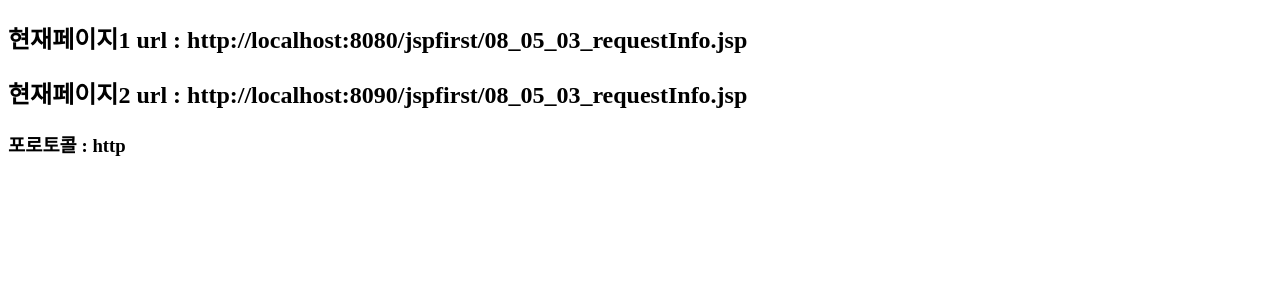
Repository: zhyuk/FullStackStudy
Page: http://localhost/jspfirst/08_05_03_requestInfo.jsp
These files come from the project's save history. The page is drawn as it stood at one moment and after the next save; the edit follows.
The browser window is 1280 px wide. The pictures show the whole page.
The page is served by Tomcat 9. Other server files are loaded and not shown.

Above is the page before, as saved 2024-08-28 01:11:11.

### jsp/jspwork/jspfirst/src/main/webapp/08_05_03_requestInfo.jsp
<%@ page language="java" contentType="text/html; charset=UTF-8"
    pageEncoding="UTF-8"%>
<% request.setCharacterEncoding("UTF-8"); %>
<!DOCTYPE html>
<html>
<head>
<meta charset="UTF-8">
<title>Insert title here</title>
</head>
<body>
	<h2>현재페이지1 url : <%= request.getRequestURL() %></h2>
	<h2>현재페이지2 url : http://localhost:8090/jspfirst/08_05_03_requestInfo.jsp</h2>
	<h3>포로토콜 : http</h3>
</body>
</html>

After the next save:
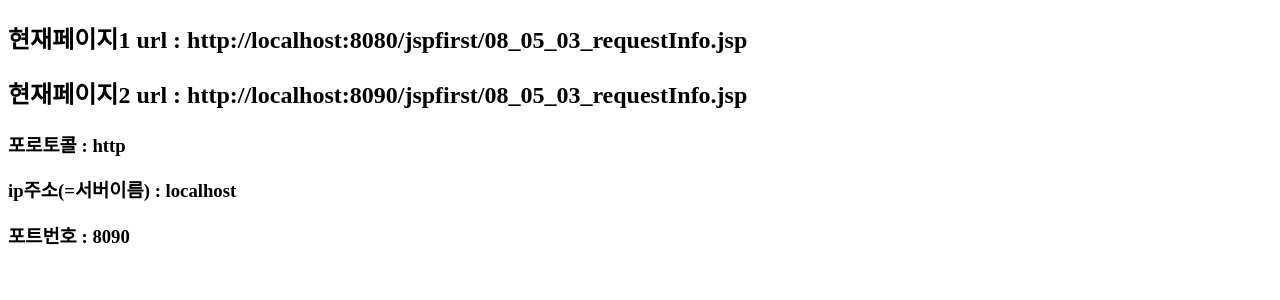
Saved 28 s later.
--- a/jsp/jspwork/jspfirst/src/main/webapp/08_05_03_requestInfo.jsp
+++ b/jsp/jspwork/jspfirst/src/main/webapp/08_05_03_requestInfo.jsp
@@ -11,5 +11,7 @@
 	<h2>현재페이지1 url : <%= request.getRequestURL() %></h2>
 	<h2>현재페이지2 url : http://localhost:8090/jspfirst/08_05_03_requestInfo.jsp</h2>
 	<h3>포로토콜 : http</h3>
+	<h3>ip주소(=서버이름) : localhost</h3>
+	<h3>포트번호 : 8090</h3>
 </body>
 </html>
